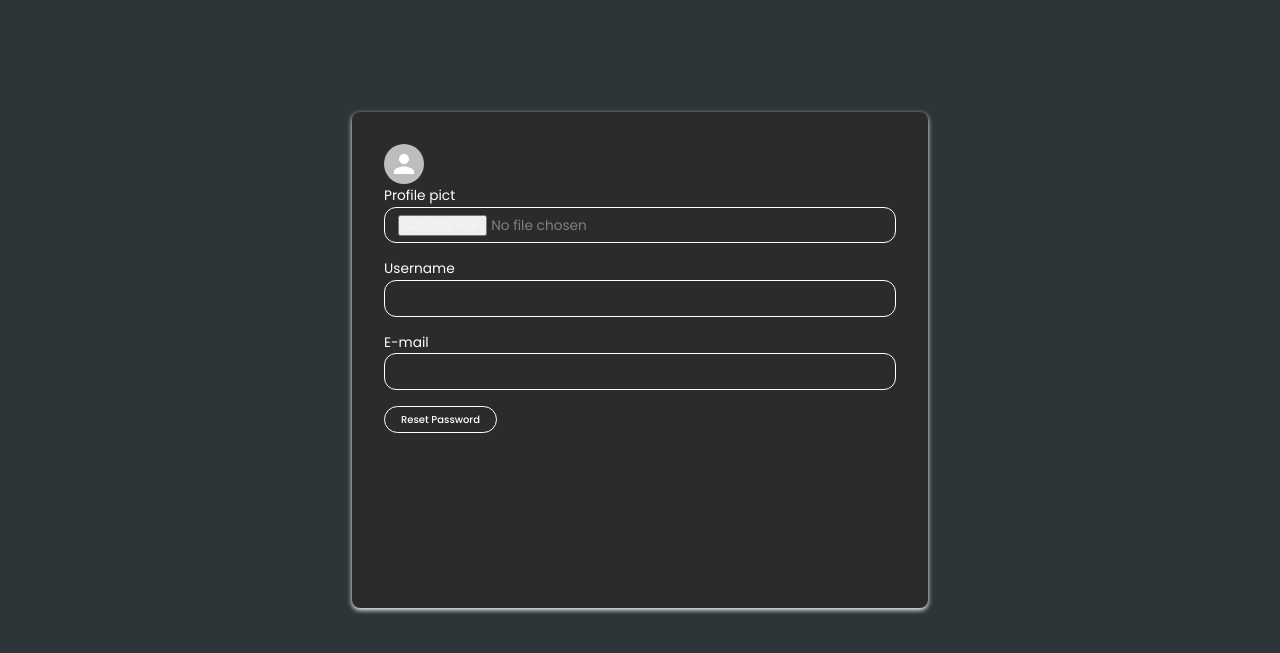
Repository: IzzaSuni/Izza-ToDo
Page: /publicNote/Private/profile
An editor plug-in stored every save of this project. The page is shown before and after the next save, followed by the edit.
The browser window is 1280 px wide. The pictures show the whole page.
The project was rebuilt for these pictures with package versions that can differ from the ones it lists, and the page was loaded fresh each time. Also part of the build but not shown: src/App.css, src/services.js, src/components/List.js, src/components/Filter.js, src/components/ohayo.js, src/utils/Query.js, src/components/navbar.js, src/components/MainPage.js and 4 more.

Above is the page before, as saved 2022-08-20 12:42:41.

After the next save:
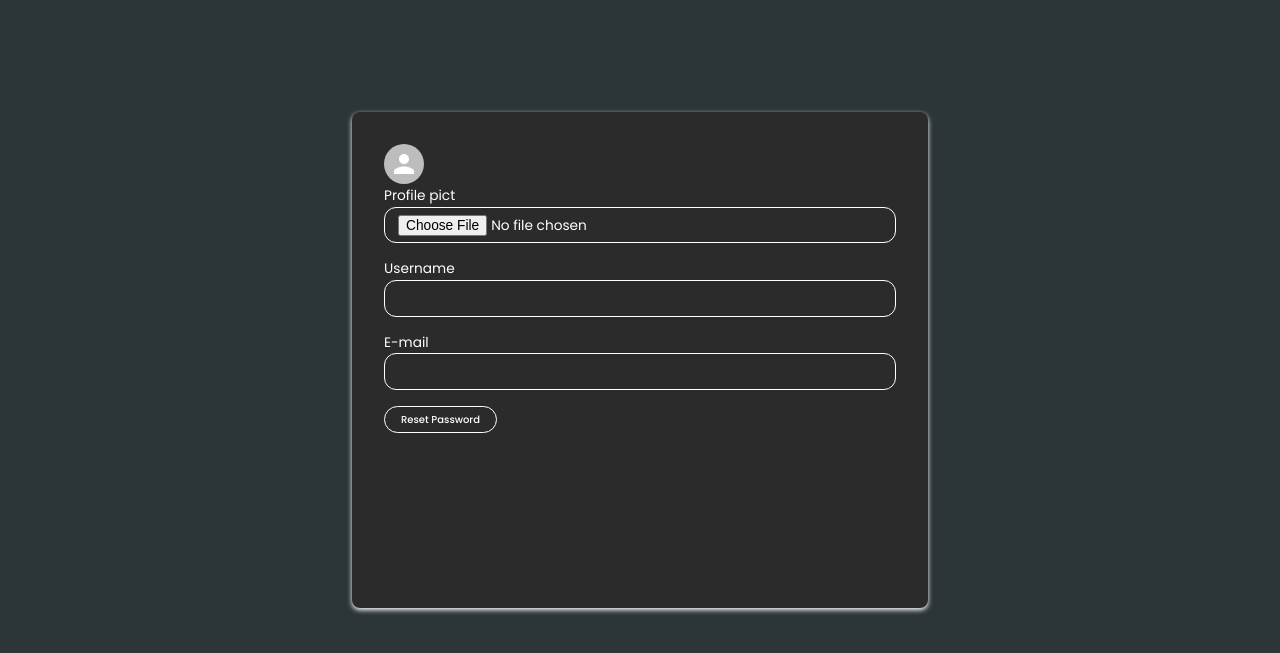
Saved 13 s later.
--- a/src/components/Profile.js
+++ b/src/components/Profile.js
@@ -34,7 +34,7 @@ export default function Profile() {
           <Box>
             <Box pb={2}>
               <Typography>Profile pict</Typography>
-              <Input type="email" inputType={'file'}   isdisabled={true} />
+              <Input type="email" inputType={"file"} />
             </Box>
             <Box pb={2}>
               <Typography>Username</Typography>
